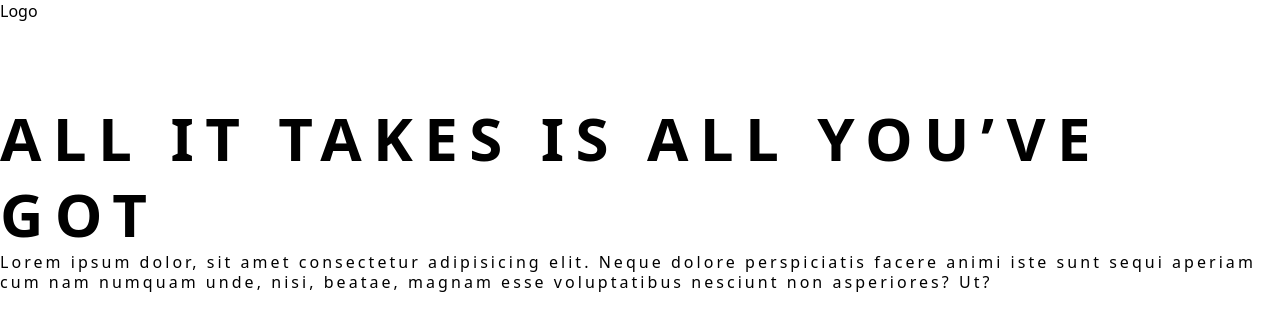
Repository: Thtsuman/dfc-site-v1
Page: /
These files come from the project's save history. The page is drawn as it stood at one moment and after the next save; the edit follows.
The browser window is 1280 px wide. The pictures show the whole page.
The project was rebuilt for these pictures with package versions that can differ from the ones it lists, and the page was loaded fresh each time.

Above is the page before, as saved 2022-07-29 22:46:47.

After the next save:
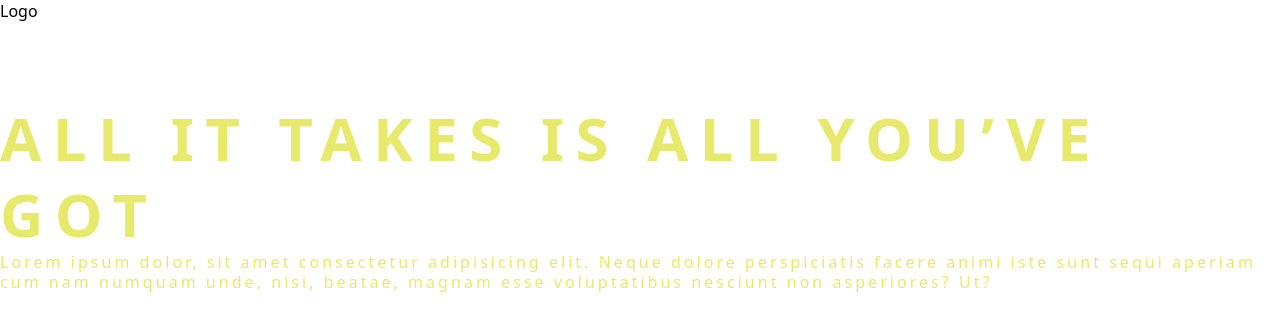
Saved 29 s later.
--- a/src/ui_kits/atoms/Typography/Typography.styles.scss
+++ b/src/ui_kits/atoms/Typography/Typography.styles.scss
@@ -4,6 +4,13 @@
     &__black {
         color: black;
     }
+    &__white {
+        color: white;
+    }
+    &__primary {
+        color: var(--primary-color);
+    }
+
 
     // font styles
     &__big_heading {

After the save that followed:
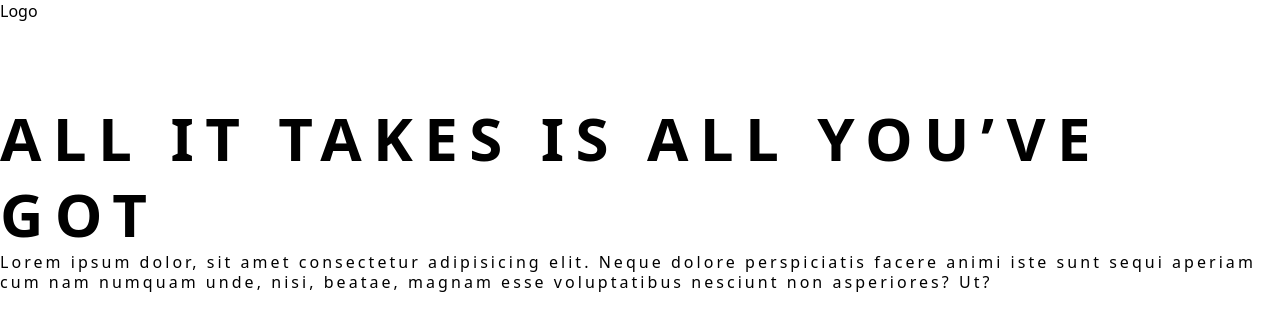
Saved 39 s later.
--- a/src/ui_kits/atoms/Typography/Typography.styles.scss
+++ b/src/ui_kits/atoms/Typography/Typography.styles.scss
@@ -1,13 +1,13 @@
 .typography {
 
     // color
-    &__black {
+    &.black {
         color: black;
     }
-    &__white {
+    &.white {
         color: white;
     }
-    &__primary {
+    &.primary {
         color: var(--primary-color);
     }
 
